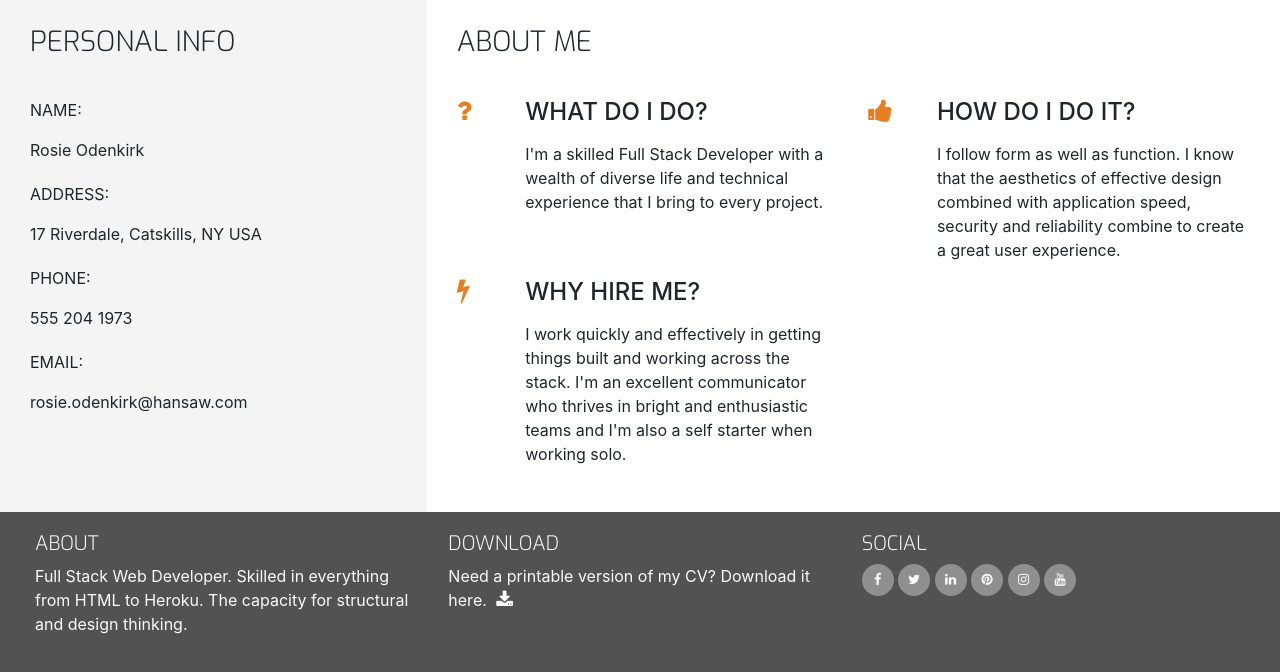
Repository: Davewalsh3/UCD-Resume
Page: index.html
The author's editor kept a record of every edit. The page is drawn from the files as they stood at one moment, then again after the next edit.
The browser window is 1280 px wide. The pictures show the part of the page from y = 369 to 1041 px (the page is 1041 px tall).
Some web libraries are served in a nearby version.

Above is the page before.

### index.html
<!DOCTYPE html>
<html lang="en">

<head>
    <meta charset="UTF-8">
    <meta name="viewport" content="width=device-width, initial-scale=1.0">
    <meta http-equiv="X-UA-Compatible" content="ie=edge">
    <link rel="stylesheet" href="https://maxcdn.bootstrapcdn.com/bootstrap/4.2.1/css/bootstrap.min.css" type="text/css" />
    <link rel="stylesheet" href="https://maxcdn.bootstrapcdn.com/font-awesome/4.7.0/css/font-awesome.min.css" type="text/css" />
    <link rel="stylesheet" href="https://cdnjs.cloudflare.com/ajax/libs/hover.css/2.1.1/css/hover-min.css" type="text/css" />
    <link rel="stylesheet" href="assets/css/style.css">
    <title>Rosie</title>
</head>

<body>
    <header>
        <div class="row no-gutters">
            <a class="col-md-4 logo" href="02-index.html"></a>
            <div class="col-md-8">
                <div class="row no-gutters bg-color-name-title">
                    <div class="col heading">
                        <h1 class="name">Rosie Odenkirk</h1>
                        <h2 class="title"> Full Stack Developer</h2>
                    </div>
                </div>
                <div class="row no-gutters">
                    <div class="col">
                        <ul id="nav" class="list-inline menucontainer">
                            <li class="col-6 col-sm-3 list-inline-item ui-menu-color-home menuitem">
                                <a href="#" class="hvr-sweep-to-bottom"><i class="fa fa-home" aria-hidden="true"></i><span>Home</span></a>
                            </li>
                            <li class="col-6 col-sm-3 list-inline-item ui-menu-color-resume menuitem">
                                <a href="#" class="hvr-sweep-to-bottom"><i class="fa fa-graduation-cap" aria-hidden="true"></i><span>Resume</span></a>
                            </li>
                            <li class="col-6 col-sm-3 list-inline-item ui-menu-color-contact menuitem">
                                <a href="#" class="hvr-sweep-to-bottom"><i class="fa fa-comment-o" aria-hidden="true"></i><span>Contact</span></a>
                            </li>
                            <li class="col-6 col-sm-3 list-inline-item ui-menu-color-download menuitem">
                                <a href="#" class="hvr-sweep-to-bottom"><i class="fa fa-download" aria-hidden="true"></i><span>Download CV</span></a>
                            </li>
                        </ul>
                    </div>
                </div>
            </div>
        </div>
    </header>

    <section class="container-fluid">
        <div class="row">
            <div class="col-md-4 bg-color-personal-info section-column">
                <div class="row">
                    <div class="col-12">
                        <h3 class="section-heading uppercase">
                            Personal Info
                        </h3>
                    </div>
                </div>
                <div class="personal-info-item">
                    <div class="key">
                        <p class="uppercase">
                            Name:
                        </p>
                    </div>
                    <div class="value">
                        <p>
                            Rosie Odenkirk
                        </p>
                    </div>
                </div>
                <div class="personal-info-item">
                    <div class="key">
                        <p class="uppercase">
                            Address:
                        </p>
                    </div>
                    <div class="value">
                        <p>
                            17 Riverdale, Catskills, NY USA
                        </p>
                    </div>
                </div>
                <div class="personal-info-item">
                    <div class="key">
                        <p class="uppercase">
                            Phone:
                        </p>
                    </div>
                    <div class="value">
                        <p>
                            555 204 1973
                        </p>
                    </div>
                </div>
                <div class="personal-info-item">
                    <div class="key">
                        <p class="uppercase">
                            Email:
                        </p>
                    </div>
                    <div class="value">
                        <p>
                            rosie.odenkirk@hansaw.com
                        </p>
                    </div>
                </div>
            </div>

            <div class="col-md-8 bg-color-three-reasons section-column">
                <div class="row">
                    <div class="col">
                        <h3 class="section-heading uppercase">About Me</h3>
                    </div>
                </div>
                <div class="row">
                    <div class="col-10 offset-1 offset-sm-0 col-sm-4 col-md-6">
                        <div class="row">
                            <div class="col-2">
                                <i class="three-reasons-icon fa fa-question" aria-hidden="true"></i>
                            </div>
                            <div class="col-10">
                                <h4 class="three-reasons-heading uppercase">What do I do?</h4>
                                <p>
                                    I'm a skilled Full Stack Developer with a wealth of diverse life and technical experience that I bring to every project.
                                </p>
                            </div>
                        </div>
                    </div>
                    <div class="col-10 offset-1 offset-sm-0 col-sm-4 col-md-6">
                        <div class="row">
                            <div class="col-2">
                                <i class="three-reasons-icon fa fa-thumbs-up" aria-hidden="true"></i>
                            </div>
                            <div class="col-10">
                                <h4 class="three-reasons-heading uppercase">How do I do it?</h4>
                                <p>
                                    I follow form as well as function. I know that the aesthetics of effective design combined with application speed, security and reliability combine to create a great user experience.
                                </p>
                            </div>
                        </div>
                    </div>
                    <div class="col-10 offset-1 offset-sm-0 col-sm-4 col-md-6">
                        <div class="row">
                            <div class="col-2">
                                <i class="three-reasons-icon fa fa-bolt" aria-hidden="true"></i>
                            </div>
                            <div class="col-10">
                                <h4 class="three-reasons-heading uppercase">Why hire me?</h4>
                                <p>
                                    I work quickly and effectively in getting things built and working across the stack. I'm an excellent communicator who thrives in bright and enthusiastic teams and I'm also a self starter when working solo.
                                </p>
                            </div>
                        </div>
                    </div>
                </div>
            </div>
        </div>


    </section>
    <footer class="container-fluid">
        <div id="footer-details" class="row">
            <div class="col-sm-4">
                <h5 class="uppercase general-sub">About</h5>
                <p class="inline-block">
                    Full Stack Web Developer. Skilled in everything from HTML to Heroku. The capacity for structural and design thinking.
                </p>
            </div>
            <div class="col-sm-4">
                <h5 class="uppercase general-sub">Download</h5>
                <p class="inline-block">
                    Need a printable version of my CV? Download it here.
                    <a href="#" target="_blank" class="cv-pdf">
                        <i class="fa fa-download" aria-hidden="true"></i>
                        <span class="sr-only">Download link.</span>
                    </a>
                </p>
            </div>
            <div class="col-sm-4">
                <h5 class="uppercase general-sub">Social</h5>
                <ul class="list-inline social-links">
                    <li class="list-inline-item">
                        <a target="_blank" href="#">
                            <i class="fa fa-facebook" aria-hidden="true"></i>
                            <span class="sr-only">Facebook</span>
                        </a>
                    </li>
                    <li class="list-inline-item">
                        <a target="_blank" href="#">
                            <i class="fa fa-twitter" aria-hidden="true"></i>
                            <span class="sr-only">Twitter</span>
                        </a>
                    </li>
                    <li class="list-inline-item">
                        <a target="_blank" href="#">
                            <i class="fa fa-linkedin" aria-hidden="true"></i>
                            <span class="sr-only">LinkedIn</span>
                        </a>
                    </li>
                    <li class="list-inline-item">
                        <a target="_blank" href="#">
                            <i class="fa fa-pinterest" aria-hidden="true"></i>
                            <span class="sr-only">Pinterest</span>
                        </a>
                    </li>
                    <li class="list-inline-item">
                        <a target="_blank" href="#">
                            <i class="fa fa-instagram" aria-hidden="true"></i>
                            <span class="sr-only">Instagram</span>
                        </a>
                    </li>
                    <li class="list-inline-item">
                        <a target="_blank" href="#">
                            <i class="fa fa-youtube" aria-hidden="true"></i>
                            <span class="sr-only">YouTube</span>
                        </a>
                    </li>
                </ul>
            </div>
        </div>
    </footer>
</body>

</html>

### assets/css/style.css
@import url('https://fonts.googleapis.com/css?family=Roboto:100,200,300,400,500,600,700|Exo:100,200,300,400,500,600,700');

/*--------------------------------------------Colors*/

.bg-color-name-title {
    background-color: #676767;
}

.bg-color-three-reasons {
    background-color: #fff;
}

.bg-color-personal-info {
    background-color: #f4f4f4;
}

.ui-menu-color-home {
    background-color: #e67e22;
}

.ui-menu-color-resume {
    background-color: #9b59b6;
}

.ui-menu-color-contact {
    background-color: #3498db;
}

.ui-menu-color-download {
    background-color: #525252;
}

.row-table {
    display: table;
}

.section-column {
    display: table-cell;
    padding: 0 30px 30px;
    float: none;
}

.section-heading {
    font-family: "Exo", sans-serif;
    font-weight: 300;
    margin-top: 25px;
    margin-bottom: 40px;
}

/* ----------------------------------------Special paddings/margins/text */

h1,
h2,
h3,
h4 {
    margin: 0;
}

.uppercase {
    text-transform: uppercase;
}

.general-sub {
    font-family: "Exo", sans-serif;
    font-weight: 300;
    color: #fafafa;
}

.inline-block {
    display: inline-block;
}

/*--------------------------------------------Heading*/

header {
    margin: 0;
}

.heading {
    margin-left: 50px;
}

.logo {
    background: url("../images/rosie.jpg");
    background-position: center;
    background-repeat: no-repeat;
    background-size: cover;
    min-height: 360px;
    transition: all .5s ease-in-out;
    -moz-transition: all .5s ease-in-out;
    -webkit-transition: all .5s ease-in-out;
}

.name {
    font-family: "Exo", sans-serif;
    font-weight: 100;
    font-size: 46px;
    margin-top: 50px;
    color: #fff;
}

.title {
    font-family: "Roboto", sans-serif;
    font-weight: 200;
    font-size: 28px;
    margin-top: 20px;
    margin-bottom: 90px;
    color: #fff;
}

.list-inline-item:not(:last-child) {
    margin: 0;
}

.menucontainer {
    font-size: 0;
}

#nav li {
    font-size: 14px;
    padding: 0;
}

#nav {
    margin: 0;
}

.menuitem {
    height: 120px;
    text-align: center;
    padding: 0;
}

.menuitem a {
    width: 100%;
    text-decoration: none;
    color: #fff;
    height: 120px;
}

.menuitem a i {
    padding-top: 22px;
    display: block;
    color: #fafafa;
    font-size: 26px;
}

.menuitem span {
    display: block;
    width: 100%;
    padding-top: 5px;
    text-align: center;
    text-transform: uppercase;
    font-size: 14px;
    font-weight: 300;
    letter-spacing: 2px;
}

/*--------------------------------------------Hover.css*/

.hvr-sweep-to-bottom:before {
    background: rgba(0, 0, 0, 0.2);
    height: 120px;
}

/* ----------------------------------------Footer */

footer {
    background-color: #525252;
    color: #fafafa;
    min-height: 120px;
    margin: 0;
}

.cv-pdf i {
    font-size: 18px;
    color: #fafafa;
    text-align: center;
    padding-left: 5px;
    transition: all 0.35s ease-in-out;
    -moz-transition: all 0.35s ease-in-out;
    -webkit-transition: all 0.35s ease-in-out;
    -o-transition: all 0.35s ease-in-out;
}

.cv-pdf i:hover {
    color: #e84610;
}

.social-links {
    padding-bottom: 15px;
}

.social-links li a i {
    width: 32px;
    height: 32px;
    padding: 12px 0;
    border-radius: 50%;
    font-size: 13px;
    line-height: 7px;
    text-align: center;
    color: #fafafa;
    background: #8f8f8f;
    transition: all 0.35s ease-in-out;
    -moz-transition: all 0.35s ease-in-out;
    -webkit-transition: all 0.35s ease-in-out;
    -o-transition: all 0.35s ease-in-out;
}

.social-links li a i:hover {
    background: #e84610;
}

#footer-details {
    padding: 20px;
}

/* ----------------------------------------Three Reasons */

.three-reasons-icon {
    font-size: 26px;
    color: #e67e22;
}

.three-reasons-heading {
    margin-bottom: 15px;
}
/* ----------------------------------------Personal Info */

.personal-info-item {
    margin-bottom:20px;
    display:block;
    clear:both;
}

.personal-info-class .key,
.personal-info-class .value {
    padding-right:8px;
    display:inline-block;
}
.personal-info-class .key, p
.personal-info-class .value p{
    margin:0;
}
.personal-info-class .key{
    width:30%;
    margin-right:21px;
    padding-top:2px;
    vertical-align: top;
}
.personal-info-item

After the next edit:
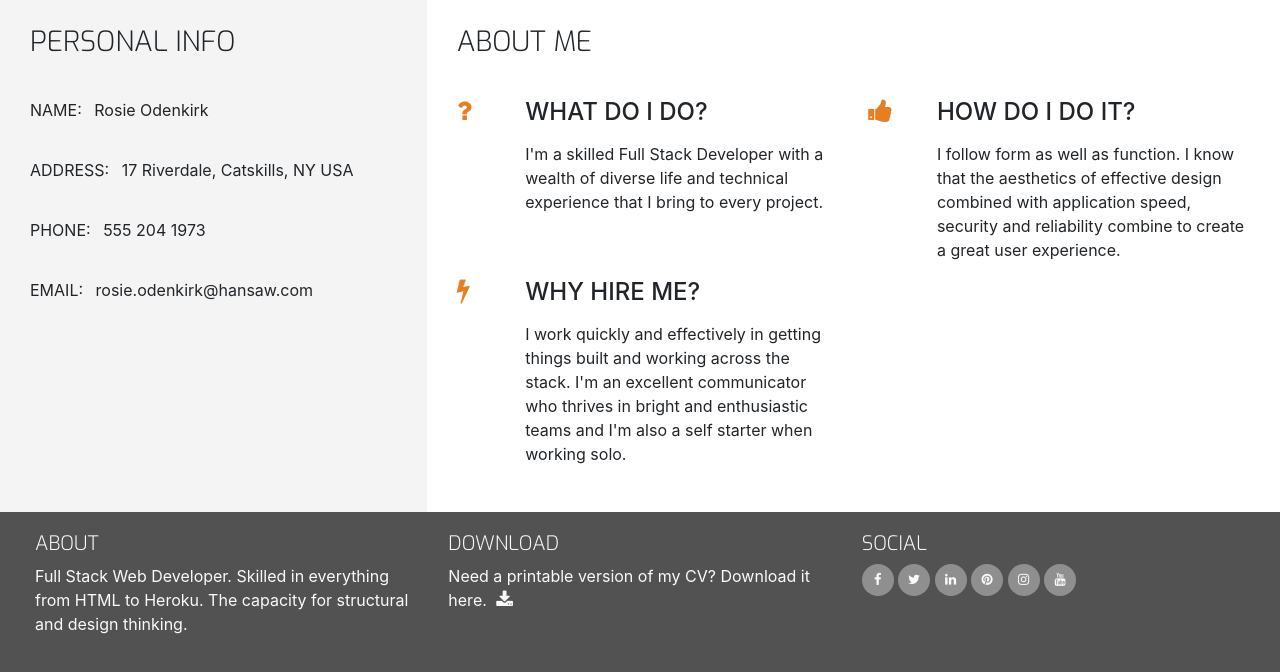
The edit:
--- a/assets/css/style.css
+++ b/assets/css/style.css
@@ -233,8 +233,8 @@
     clear:both;
 }
 
-.personal-info-class .key,
-.personal-info-class .value {
+.personal-info-item .key,
+.personal-info-item .value {
     padding-right:8px;
     display:inline-block;
 }
